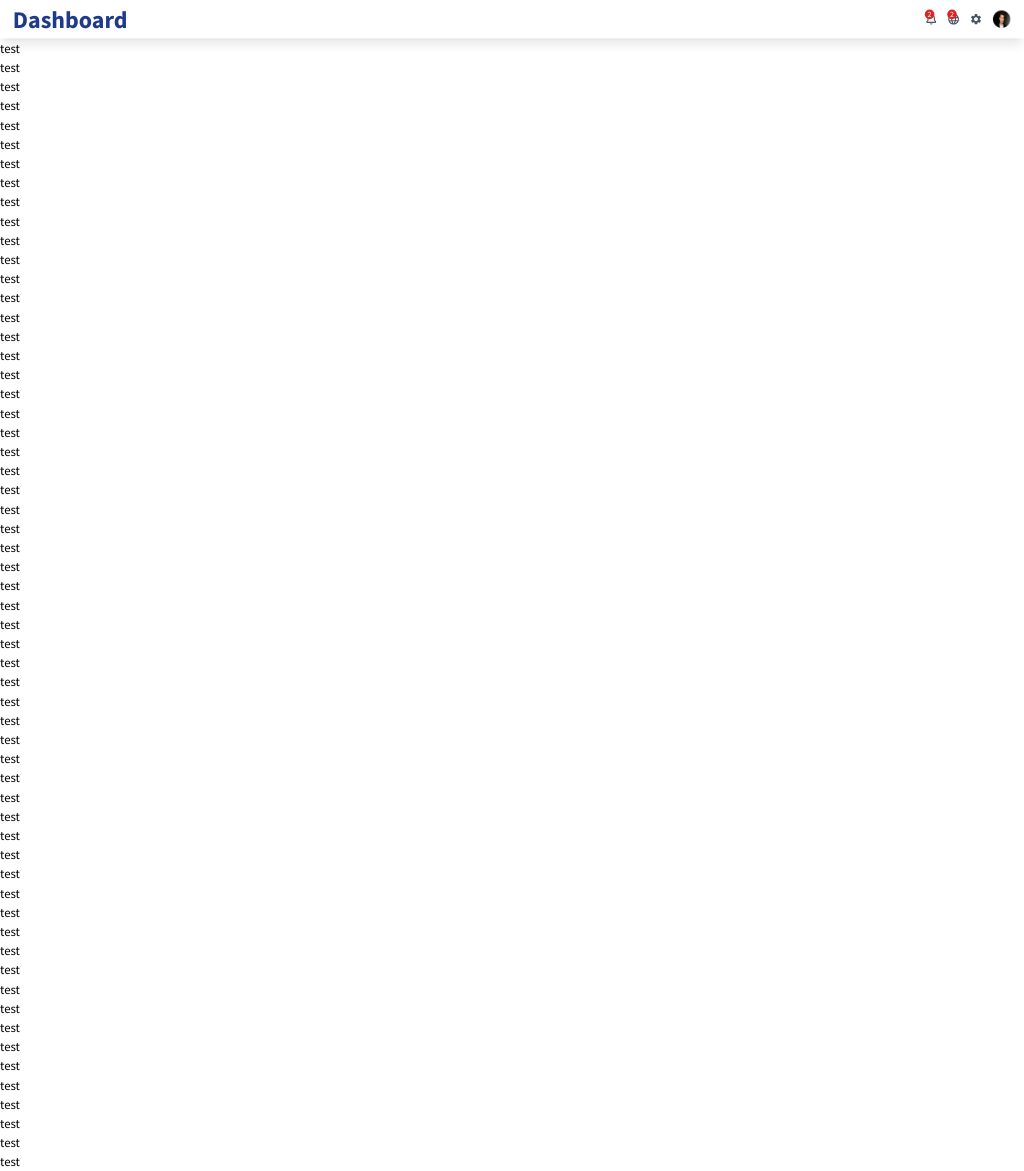
Repository: nation430/React-AdminDashboard
Page: /
An editor plug-in stored every save of this project. The page is shown before and after the next save, followed by the edit.
The browser window is 1280 px wide. The pictures show the whole page, at 80% of full size.
The project was rebuilt for these pictures with package versions that can differ from the ones it lists, and the page was loaded fresh each time.

Above is the page before, as saved 2022-08-16 01:52:11.

### public/index.html
<!DOCTYPE html>
<html lang="en">
  <head>
    <meta charset="utf-8" />
    <meta name="viewport" content="width=device-width, initial-scale=1" />
    <meta name="theme-color" content="#000000" />
    <meta
      name="description"
      content="Web site created using create-react-app"
    />
    <link rel="preconnect" href="https://fonts.googleapis.com" />
    <link rel="preconnect" href="https://fonts.gstatic.com" crossorigin />
    <link
      href="https://fonts.googleapis.com/css2?family=Source+Sans+Pro:wght@200;300;400;600;700&display=swap"
      rel="stylesheet"
    />

    <title>React Admin Dashboard</title>
  </head>
  <body>
    <noscript>You need to enable JavaScript to run this app.</noscript>
    <div id="root"></div>
  </body>
</html>

### src/index.css
@tailwind base;
@tailwind components;
@tailwind utilities;

*{
  margin: 0;
  font-family: 'Source Sans Pro', sans-serif;
}

### src/App.js
import Topbar from "./components/topbar/Topbar";

function App() {
  return (
    <div>
      <Topbar />
      test
      <br />
      test
      <br />
      test
      <br />
      test
      <br />
      test
      <br />
      test
      <br />
      test
      <br />
      test
      <br />
      test
      <br />
      test
      <br />
      test
      <br />
      test
      <br />
      test
      <br />
      test
      <br />
      test
      <br />
      test
      <br />
      test
      <br />
      test
      <br />
      test
      <br />
      test
      <br />
      test
      <br />
      test
      <br />
      test
      <br />
      test
      <br />
      test
      <br />
      test
      <br />
      test
      <br />
      test
      <br />
      test
      <br />
      test
      <br />
      test
      <br />
      test
      <br />
      test
      <br />
      test
      <br />
      test
      <br />
      test
      <br />
      test
      <br />
      test
      <br />
      test
      <br />
      test
      <br />
      test
      <br />
      test
      <br />
      test
      <br />
      test
      <br />
      test
      <br />
      test
      <br />
      test
      <br />
      test
      <br />
      test
      <br />
      test
      <br />
      test
      <br />
      test
      <br />
      test
      <br />
      test
      <br />
      test
      <br />
      test
      <br />
      test
      <br />
      test
      <br />
      test
      <br />
    </div>
  );
}

export default App;

### src/components/topbar/Topbar.jsx
import React from "react";
import  "./topbar.css";
import { BiBell } from 'react-icons/bi';
import { MdLanguage, MdSettings  } from "react-icons/md";


export default function Topbar () {
    return(
        <div className="topbar w-full h-12 bg-white sticky top-0 z-50 shadow-lg ">
            <div className="topbarWeapper flex items-center justify-between h-full px-4 py-0">
            <div className="topLeft">
                <span className="logo font-bold text-3xl text-blue-900 cursor-pointer ...">Dashboard</span>
            </div>
            <div className="topRight flex items-center">

                {/* First icon  */}
                <div className="topbarIconsContainer relative cursor-pointer ... ml-3 text-gray-600">
                <BiBell />
                <span className="topIconBadge absolute text-white bg-red-600 right-1 -top-1 flex items-center justify-center rounded-full text-xs h-3 w-3">2</span>
                </div>

                   {/*second icon  */}
                <div className="topbarIconsContainer relative cursor-pointer ... ml-3 text-gray-600">
                <MdLanguage />
                <span className="topIconBadge absolute text-white bg-red-600 right-1 -top-1 flex items-center justify-center rounded-full text-xs h-3 w-3">2</span>
                </div>


                    {/*third icon  */}
                <div className="topbarIconsContainer relative cursor-pointer ... mx-3 text-gray-600">
                < MdSettings  />
                </div>
                <img src="images/img.png" alt="BigCo Inc. logo"  className="topAvater w-6 h-6 rounded-full cursor-pointer ..."/>

            </div>
            </div>
        </div>
    )

}

### src/components/topbar/topbar.css
.text-xs{
    font-size: 10px;
  }

Loaded but not shown: src/index.js (common file); tailwind.config.js (common file)

After the next save:
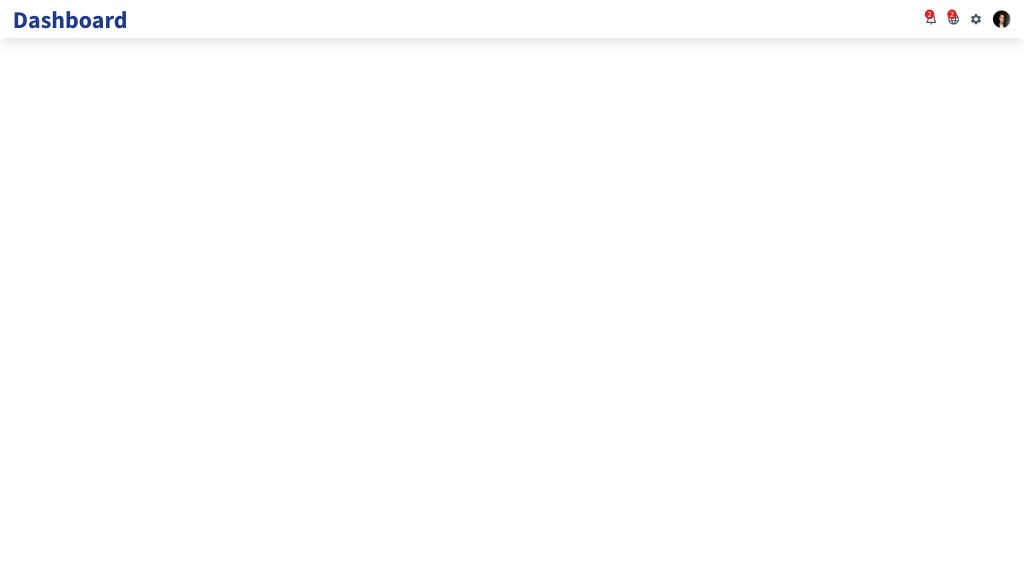
Saved 2 min 48 s later.
--- a/src/App.js
+++ b/src/App.js
@@ -4,124 +4,6 @@ function App() {
   return (
     <div>
       <Topbar />
-      test
-      <br />
-      test
-      <br />
-      test
-      <br />
-      test
-      <br />
-      test
-      <br />
-      test
-      <br />
-      test
-      <br />
-      test
-      <br />
-      test
-      <br />
-      test
-      <br />
-      test
-      <br />
-      test
-      <br />
-      test
-      <br />
-      test
-      <br />
-      test
-      <br />
-      test
-      <br />
-      test
-      <br />
-      test
-      <br />
-      test
-      <br />
-      test
-      <br />
-      test
-      <br />
-      test
-      <br />
-      test
-      <br />
-      test
-      <br />
-      test
-      <br />
-      test
-      <br />
-      test
-      <br />
-      test
-      <br />
-      test
-      <br />
-      test
-      <br />
-      test
-      <br />
-      test
-      <br />
-      test
-      <br />
-      test
-      <br />
-      test
-      <br />
-      test
-      <br />
-      test
-      <br />
-      test
-      <br />
-      test
-      <br />
-      test
-      <br />
-      test
-      <br />
-      test
-      <br />
-      test
-      <br />
-      test
-      <br />
-      test
-      <br />
-      test
-      <br />
-      test
-      <br />
-      test
-      <br />
-      test
-      <br />
-      test
-      <br />
-      test
-      <br />
-      test
-      <br />
-      test
-      <br />
-      test
-      <br />
-      test
-      <br />
-      test
-      <br />
-      test
-      <br />
-      test
-      <br />
-      test
-      <br />
     </div>
   );
 }
